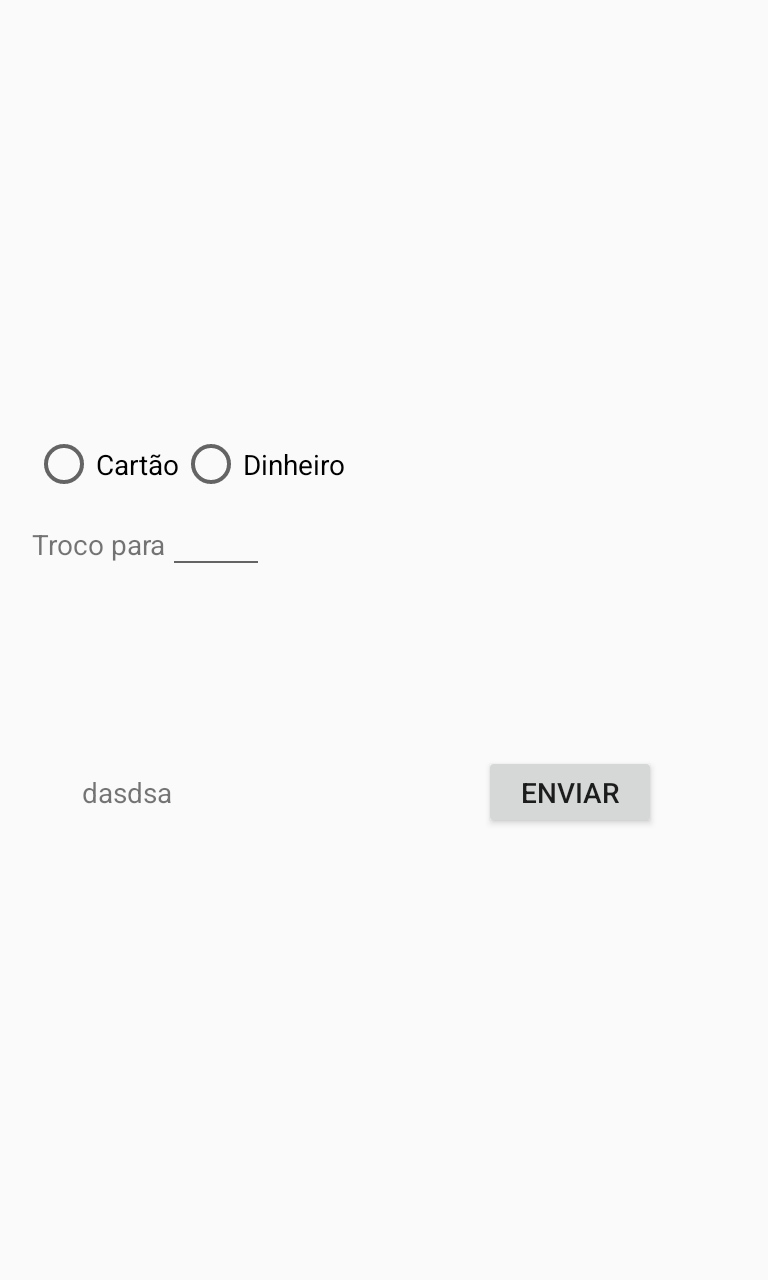
Repository: anzileiro/iot-mobilecup
Layout: iCinema/res/layout/activity_pedido.xml
The author's editor kept a copy of each file at every save. The layout is drawn from the files as they stood at one save, then again after the next save.
It is drawn on a 768 x 1280 px phone screen (xhdpi) without system bars, with theme AppTheme; the app's code is not run. Lists and similar views that code fills are empty.

Above is the layout before, as saved 2014-10-29 19:01:39.

### iCinema/res/layout/activity_pedido.xml
<RelativeLayout xmlns:android="http://schemas.android.com/apk/res/android"
    xmlns:tools="http://schemas.android.com/tools"
    android:layout_width="match_parent"
    android:layout_height="match_parent"
    android:paddingBottom="@dimen/activity_vertical_margin"
    android:paddingLeft="@dimen/activity_horizontal_margin"
    android:paddingRight="@dimen/activity_horizontal_margin"
    android:paddingTop="@dimen/activity_vertical_margin"
    tools:context=".PedidoActivity" >

    <RelativeLayout android:layout_width="match_parent"
        android:layout_height="200dp"
        android:id="@+id/lstProduto">
    	<ListView
        android:id="@id/android:list"
        android:layout_width="match_parent"
        android:layout_height="match_parent" />
    </RelativeLayout>


    <LinearLayout android:layout_width="match_parent"
        android:layout_height="200dp"
        android:layout_below="@id/lstProduto"
        android:orientation="vertical"
        android:layout_weight="0.3">
    	<LinearLayout android:layout_width="match_parent"
    	    android:layout_height="0dp"
    	    android:layout_weight="0.8"
    	    android:orientation="vertical">
       	    <RadioGroup android:orientation="horizontal"
       	        android:id="@+id/rgrFormaPagamento"
       	        android:layout_width="wrap_content"
       	        android:layout_height="wrap_content">
       	        <RadioButton android:layout_width="wrap_content"
       	            android:layout_height="wrap_content"
       	            android:text="Cartão"
       	            android:id="@+id/rbuCartao"/>

       	        <RadioButton android:layout_width="wrap_content"
       	            android:layout_height="wrap_content"
       	            android:text="Dinheiro"
       	            android:id="@+id/rbuDinheiro"/>
       	    </RadioGroup>

       	    <LinearLayout
       	        android:id="@+id/layTrocoPara"
       	        android:layout_width="match_parent"
       	        android:layout_height="wrap_content"
       	        android:layout_weight="0.2"
       	        android:orientation="horizontal" >

       	        <TextView
       	            android:layout_width="wrap_content"
       	            android:layout_height="wrap_content"
       	            android:text="Troco para" />

       	        <EditText android:layout_width="50dp"
       	            android:layout_height="wrap_content"
       	            android:inputType="number"
       	            android:id="@+id/eteTrocoPara"/>
       	    </LinearLayout>
    	</LinearLayout>

    	<RelativeLayout
    	    android:layout_width="match_parent"
    	    android:layout_height="0dp"
    	    android:layout_weight="0.2" >

    	    <TextView
    	        android:id="@+id/txtTotal"
    	        android:layout_width="wrap_content"
    	        android:layout_height="wrap_content"
    	        android:layout_alignParentLeft="true"
    	        android:layout_centerVertical="true"
    	        android:layout_marginLeft="25dp"
    	        android:gravity="bottom|left"
    	        android:text="dasdsa" />

    	    <Button
    	        android:id="@+id/button1"
    	        android:layout_width="wrap_content"
    	        android:layout_height="wrap_content"
    	        android:layout_alignParentBottom="true"
    	        android:layout_alignParentRight="true"
    	        android:layout_marginRight="39dp"
    	        android:onClick="enviar"
    	        android:text="Enviar" />

    	</RelativeLayout>

    </LinearLayout>
</RelativeLayout>

Loaded but not shown: iCinema/res/values/styles.xml (common file); iCinema/res/values-v11/styles.xml (common file); iCinema/res/values-v14/styles.xml (common file); iCinema/res/values/dimens.xml (common file); iCinema/res/values-w820dp/dimens.xml (common file)

After the next save:
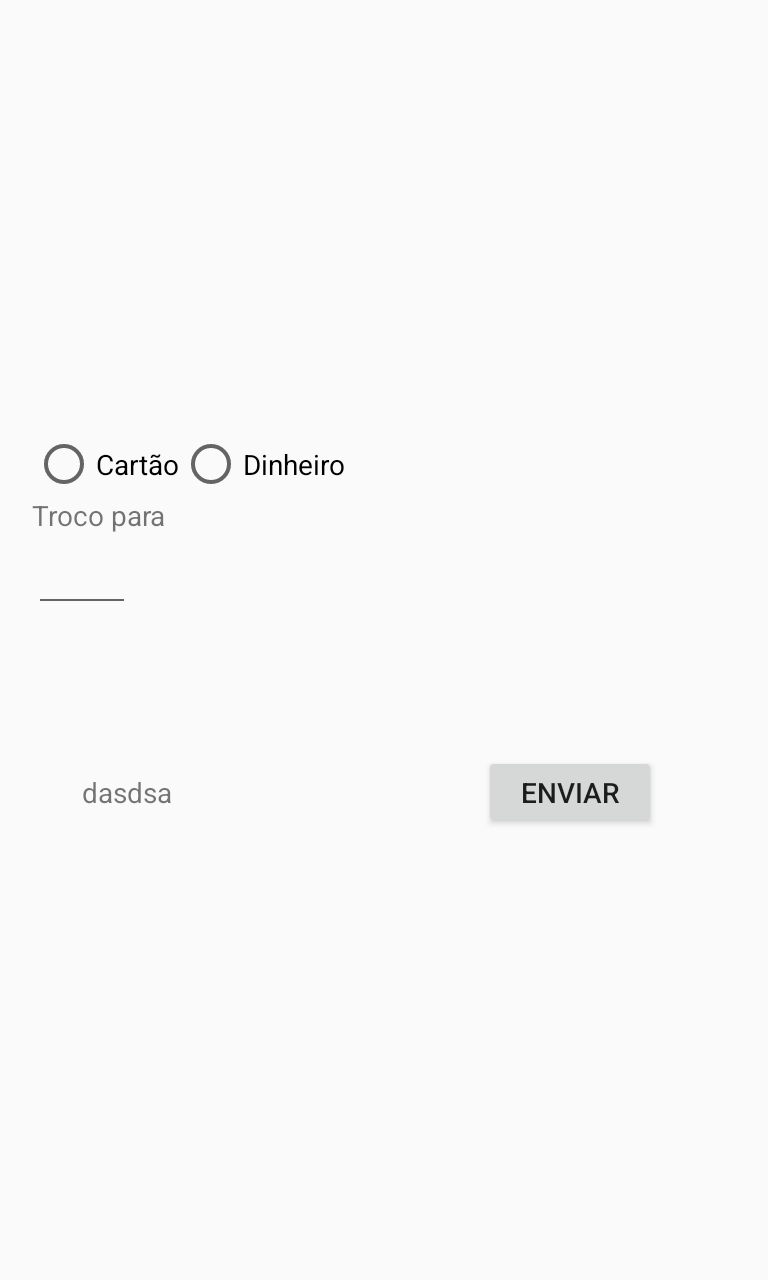
Saved 10 h 20 min later.
--- a/iCinema/res/layout/activity_pedido.xml
+++ b/iCinema/res/layout/activity_pedido.xml
@@ -8,85 +8,86 @@
     android:paddingTop="@dimen/activity_vertical_margin"
     tools:context=".PedidoActivity" >
 
-    <RelativeLayout android:layout_width="match_parent"
-        android:layout_height="200dp"
-        android:id="@+id/lstProduto">
-    	<ListView
-        android:id="@id/android:list"
+    <RelativeLayout
+        android:id="@+id/lstProduto"
         android:layout_width="match_parent"
-        android:layout_height="match_parent" />
+        android:layout_height="200dp" >
+
+        <ListView
+            android:id="@id/android:list"
+            android:layout_width="match_parent"
+            android:layout_height="match_parent" />
     </RelativeLayout>
 
-
-    <LinearLayout android:layout_width="match_parent"
+    <LinearLayout
+        android:layout_width="match_parent"
         android:layout_height="200dp"
         android:layout_below="@id/lstProduto"
-        android:orientation="vertical"
-        android:layout_weight="0.3">
-    	<LinearLayout android:layout_width="match_parent"
-    	    android:layout_height="0dp"
-    	    android:layout_weight="0.8"
-    	    android:orientation="vertical">
-       	    <RadioGroup android:orientation="horizontal"
-       	        android:id="@+id/rgrFormaPagamento"
-       	        android:layout_width="wrap_content"
-       	        android:layout_height="wrap_content">
-       	        <RadioButton android:layout_width="wrap_content"
-       	            android:layout_height="wrap_content"
-       	            android:text="Cartão"
-       	            android:id="@+id/rbuCartao"/>
+        android:layout_weight="0.3"
+        android:orientation="vertical" >
 
-       	        <RadioButton android:layout_width="wrap_content"
-       	            android:layout_height="wrap_content"
-       	            android:text="Dinheiro"
-       	            android:id="@+id/rbuDinheiro"/>
-       	    </RadioGroup>
+        <LinearLayout
+            android:layout_width="match_parent"
+            android:layout_height="0dp"
+            android:layout_weight="0.8"
+            android:orientation="vertical" >
 
-       	    <LinearLayout
-       	        android:id="@+id/layTrocoPara"
-       	        android:layout_width="match_parent"
-       	        android:layout_height="wrap_content"
-       	        android:layout_weight="0.2"
-       	        android:orientation="horizontal" >
+            <RadioGroup
+                android:id="@+id/rgrFormaPagamento"
+                android:layout_width="wrap_content"
+                android:layout_height="wrap_content"
+                android:orientation="horizontal" >
 
-       	        <TextView
-       	            android:layout_width="wrap_content"
-       	            android:layout_height="wrap_content"
-       	            android:text="Troco para" />
+                <RadioButton
+                    android:id="@+id/rbuCartao"
+                    android:layout_width="wrap_content"
+                    android:layout_height="wrap_content"
+                    android:text="Cartão" />
 
-       	        <EditText android:layout_width="50dp"
-       	            android:layout_height="wrap_content"
-       	            android:inputType="number"
-       	            android:id="@+id/eteTrocoPara"/>
-       	    </LinearLayout>
-    	</LinearLayout>
+                <RadioButton
+                    android:id="@+id/rbuDinheiro"
+                    android:layout_width="wrap_content"
+                    android:layout_height="wrap_content"
+                    android:text="Dinheiro" />
+            </RadioGroup>
 
-    	<RelativeLayout
-    	    android:layout_width="match_parent"
-    	    android:layout_height="0dp"
-    	    android:layout_weight="0.2" >
+            <TextView
+                android:layout_width="wrap_content"
+                android:layout_height="wrap_content"
+                android:text="Troco para" />
 
-    	    <TextView
-    	        android:id="@+id/txtTotal"
-    	        android:layout_width="wrap_content"
-    	        android:layout_height="wrap_content"
-    	        android:layout_alignParentLeft="true"
-    	        android:layout_centerVertical="true"
-    	        android:layout_marginLeft="25dp"
-    	        android:gravity="bottom|left"
-    	        android:text="dasdsa" />
+            <EditText
+                android:id="@+id/eteTrocoPara"
+                android:layout_width="50dp"
+                android:layout_height="wrap_content"
+                android:inputType="number" />
+        </LinearLayout>
 
-    	    <Button
-    	        android:id="@+id/button1"
-    	        android:layout_width="wrap_content"
-    	        android:layout_height="wrap_content"
-    	        android:layout_alignParentBottom="true"
-    	        android:layout_alignParentRight="true"
-    	        android:layout_marginRight="39dp"
-    	        android:onClick="enviar"
-    	        android:text="Enviar" />
+        <RelativeLayout
+            android:layout_width="match_parent"
+            android:layout_height="0dp"
+            android:layout_weight="0.2" >
 
-    	</RelativeLayout>
+            <TextView
+                android:id="@+id/txtTotal"
+                android:layout_width="wrap_content"
+                android:layout_height="wrap_content"
+                android:layout_alignParentLeft="true"
+                android:layout_centerVertical="true"
+                android:layout_marginLeft="25dp"
+                android:gravity="bottom|left"
+                android:text="dasdsa" />
 
+            <Button
+                android:id="@+id/button1"
+                android:layout_width="wrap_content"
+                android:layout_height="wrap_content"
+                android:layout_alignParentBottom="true"
+                android:layout_alignParentRight="true"
+                android:layout_marginRight="39dp"
+                android:onClick="enviar"
+                android:text="Enviar" />
+        </RelativeLayout>
     </LinearLayout>
+
 </RelativeLayout>
